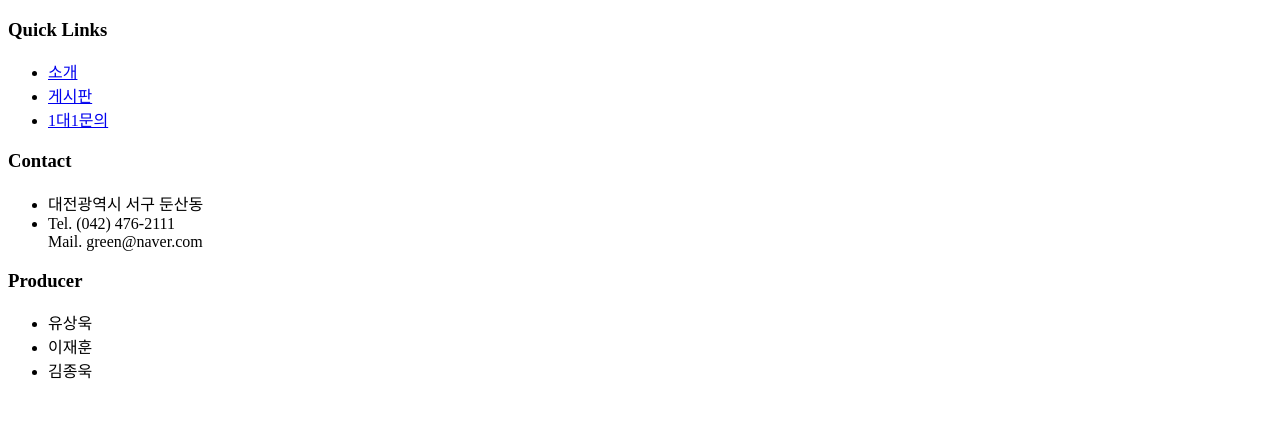
Repository: saaanguk/RunningMate
Page: http://localhost/fragments/footer
These files come from the project's save history. The page is drawn as it stood at one moment and after the next save; the edit follows.
The browser window is 1280 px wide. The pictures show the whole page.
The page is this project's Thymeleaf template; nobody is signed in. The template is opened directly, without the code that normally fills it, so the values that code supplies are empty.

Above is the page before, as saved 2023-12-05 07:43:32.

### runningmate/src/main/resources/templates/fragments/footer.html
<!DOCTYPE html>
<html xmlns:th="www.thymeleaf.org">
<div th:fragment="footer">
	<footer class="footer">
	<div class="footer-top">
            <div class="container">
                <div class="row">

                    <div class="col-lg-3 col-md-6 col-12">
                    </div>

                    <div class="col-lg-3 col-md-6 col-12">
                        <!-- Single Widget -->
                        <div class="single-footer f-link">
                            <h3>Quick Links</h3>
                            <div class="row">

                                <div class="col-lg-6 col-md-6 col-12">
                                    <ul>
                                        <li><a href="about">소개</a></li>
                                        <li><a href="javascript:void(0)">게시판</a></li>
                                        <li><a href="inquire">1대1문의</a></li>
                                    </ul>
                                </div>
                            </div>
                        </div>
                        <!-- End Single Widget -->
                    </div>

                    <div class="col-lg-3 col-md-6 col-12">
                        <!-- Single Widget -->
                        <div class="single-footer f-contact">
                            <h3>Contact</h3>
                            <ul>
                                <li>대전광역시 서구 둔산동</li>
                                <li>Tel. (042) 476-2111 <br> Mail. green@naver.com</li>
                            </ul>
                        </div>
                        <!-- End Single Widget -->
                    </div>

                    <div class="col-lg-3 col-md-6 col-12">
                        <!-- Single Widget -->
                        <div class="single-footer f-contact">
                            <h3>Producer</h3>
                            <ul>
                                <li>유상욱</li>
                                <li>이재훈</li>
                                <li>김종욱</li>
                            </ul>
                        </div>
                        <!-- End Single Widget -->
                    </div>

                    <div class="col-lg-3 col-md-6 col-12">
                    </div>
                </div>
            </div>
        </div>
        <!--/ End Footer Middle -->
        </footer>
</div>
</html>

After the next save:
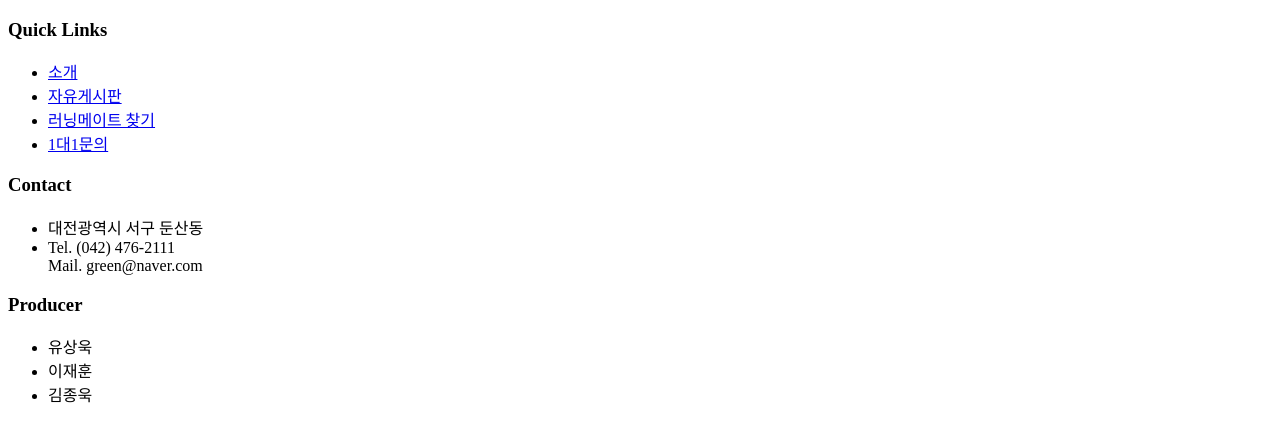
Saved 2 min 30 s later.
--- a/runningmate/src/main/resources/templates/fragments/footer.html
+++ b/runningmate/src/main/resources/templates/fragments/footer.html
@@ -17,9 +17,10 @@
 
                                 <div class="col-lg-6 col-md-6 col-12">
                                     <ul>
-                                        <li><a href="about">소개</a></li>
-                                        <li><a href="javascript:void(0)">게시판</a></li>
-                                        <li><a href="inquire">1대1문의</a></li>
+                                        <li><a href="/about">소개</a></li>
+                                        <li><a href="/freeBoard">자유게시판</a></li>
+                                        <li><a href="/mateBoard">러닝메이트 찾기</a></li>
+                                        <li><a href="/inquire">1대1문의</a></li>
                                     </ul>
                                 </div>
                             </div>
